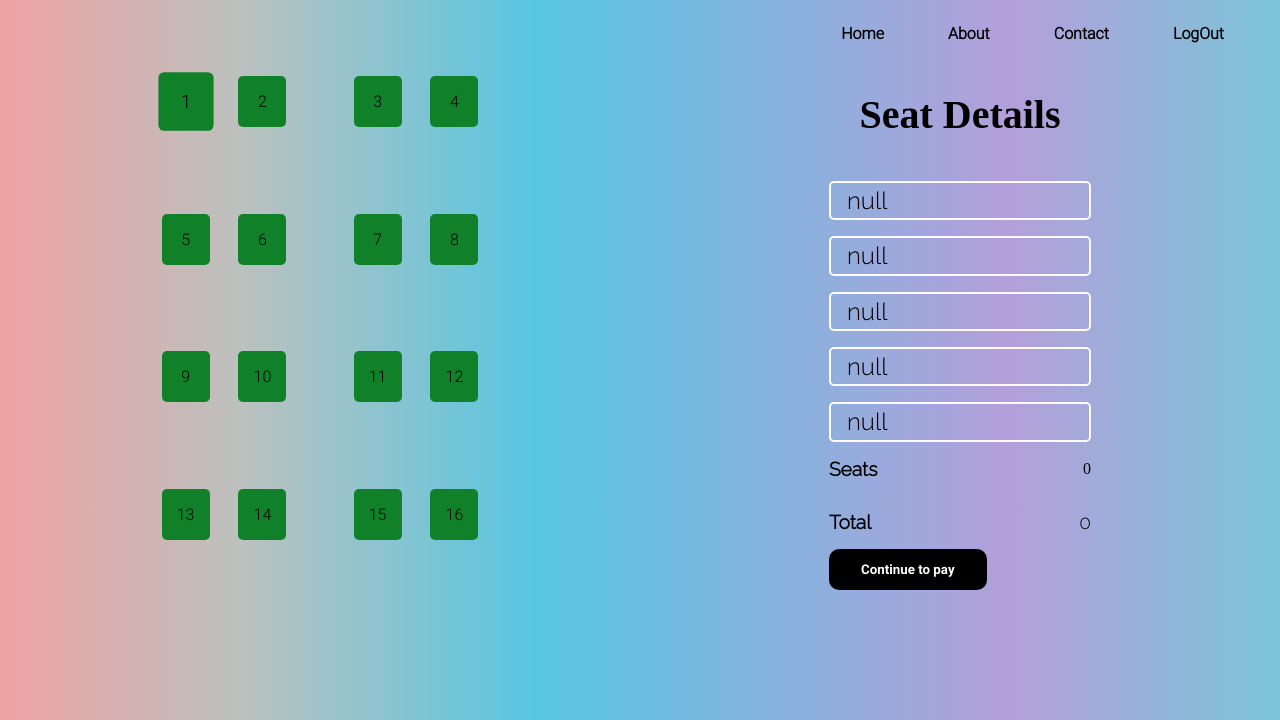
Repository: Savindushehan/RouteMaster-Group-project
Page: http://localhost/RouterMaster/UpdateBooking.jsp
An editor plug-in stored every save of this project. The page is shown before and after the next save, followed by the edit.
The browser window is 1280 px wide. The pictures show the whole page.
The pointer rests on the first visible `span`.
The page is served by Tomcat 10.

Above is the page before, as saved 2023-10-27 08:26:55.

After the next save:
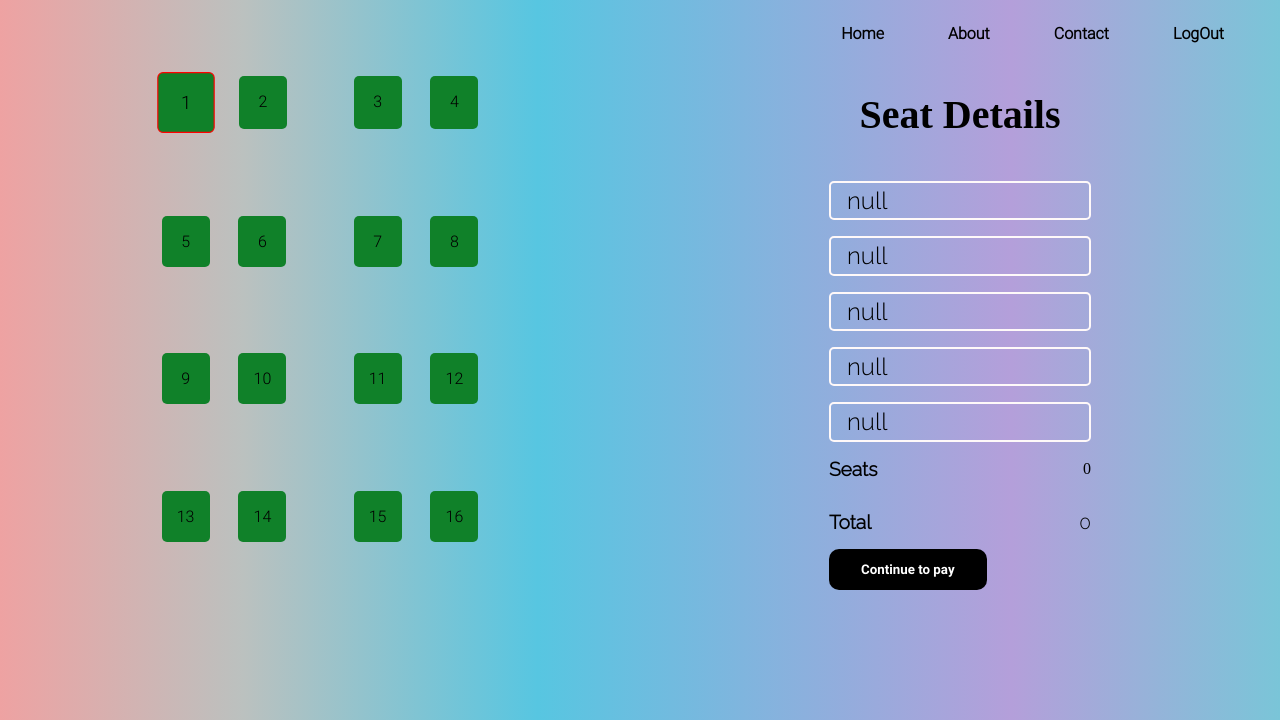
Saved 106 s later.
--- a/RouteMaster/RouterMaster/src/main/webapp/UpdateBooking.jsp
+++ b/RouteMaster/RouterMaster/src/main/webapp/UpdateBooking.jsp
@@ -164,7 +164,10 @@
          #btn:hover{
          transform:scale(1.15);
         }
-
+		  span:hover{
+         transform:scale(1.15);
+         border:1px solid red;
+        }
         </style>
 </head>
 <body>
